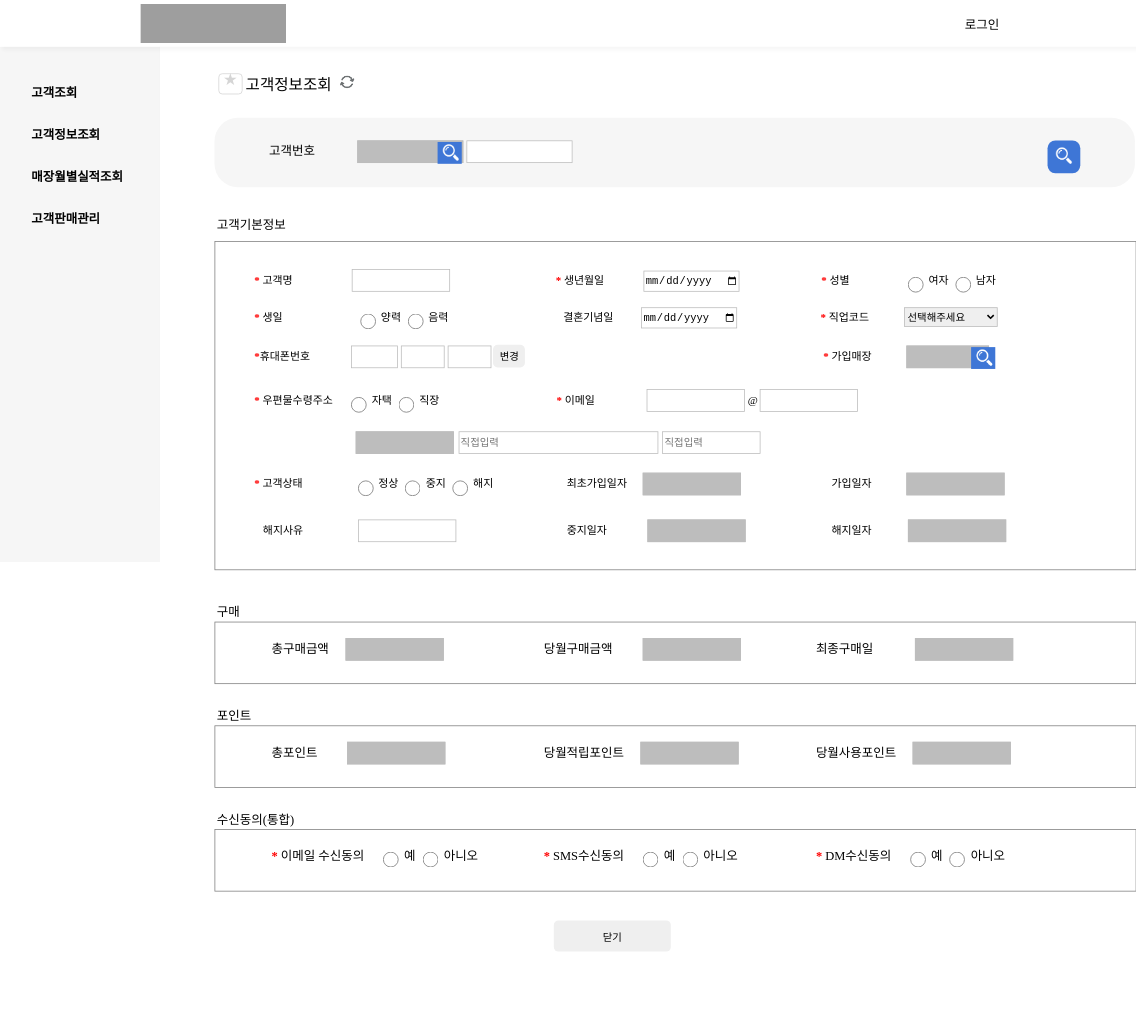
Repository: HyunyoungA/managementSystem
Page: http://localhost/DowellCommunity/WEB-INF/views/member/custInfo.jsp
The author's editor kept a copy of each file at every save. The page is drawn from the files as they stood at one save, then again after the next save.
The browser window is 1280 px wide. The page is 1457 px wide, so the pictures cover 1457 px, including what lies to the right of the window. The pictures show the whole page, at 78% of full size.
Pictures or frames that could not be fetched are drawn as grey boxes. The page is served by Tomcat 9. Nobody is signed in. Other server files are loaded and not shown. The template is opened directly, without the code that normally fills it, so the values that code supplies are empty.

Above is the page before, as saved 2022-10-27 06:51:30.

### DowellCommunity/src/main/webapp/resources/CSS/custInfo.css
@charset "UTF-8";

/* body여백 없애기 */
body{
	margin: 0;
	padding: 0;
}
.star{
	display: table-cell;
	vertical-align: middle;
	font-size: 21px;
	color: #D5D5D5;
	padding: 5px;
}
.starBox{
	border-radius: 5px;
	border: 1px solid;
	margin-left: 5px;
	width: 20px;
	height: 20px;
	display: inline;
	font-size: 23px;
	color: #D5D5D5;
}
.Title{
	font-size: 20px;
}
.Refresh{
	filter: opacity(0.5) drop-shadow(0 0 0 #B8C6CC);
	width: 20px;
	height: 20px;
}
.Wrap {
    margin-left: 190px;
    position: relative;
    padding: 85px 85px 35px 85px;
}
/* 상단검색박스 */
.SearchBox {
    border-radius: 30px;
    padding: 6px 40px 0;
    width: 1100px;
    margin: auto;
    height: 83px;
    background-color: #F6F6F6;
    margin-top: 30px;
}
#Search_but_sale{
	margin-left: 869px;
    margin-top: 1.5px;
    position: absolute;
    left: 376px;
    background-color: #3E76D6;
    border-style: none;
    width: 31px;
    height: 28px;
}
#Search_but_sale:hover{
	cursor: pointer;
}
#Search_but_cust {
	margin-left: -37px;
    position: absolute;
    background-color: #3E76D6;
    border-style: none;
    width: 31px;
    height: 28px;
    margin-top: 2px;
}
#Search_but_cust:hover{
	cursor: pointer;
}
.Text_space{
	margin-right: 50px;
}
.essential{
	color: red;
	font-weight: 700;
}
.Text_box{
	height: 25px;
	width: 130px;
	border: 1px solid #BDBDBD;
	background-color: white;
}
#saleMonth-list{
	height: 28px;
    width: 136px;
}
.Text_date{
	height: 25px;
	width: 90px;
	border: 1px solid #BDBDBD;
	background-color: white;
}
#wrap_s{
	margin-left: 122px;
}
/* 검색버튼 */
#Search_but{
	width: 42px;
	height: 42px;
	float: right;
	background-color: #3E76D6;
	border: none;
	border-radius: 10px;
	cursor: pointer;
}
#Search_but:hover{
	cursor: pointer;
}
.total_search{
	filter: brightness(0) invert(1);
	width: 30px;
	height: 21px;
	margin: 2px -4px;
}
.wrap_mg{
    padding: 23px 30px 20px 30px;
}
.radio_check{
	vertical-align: text-top;
	width: 20px;
	height: 20px;
}
.Text_space_s{
	margin-right: 10px;
}
/* 신규버튼 */
.new_registration{
    width: 100px;
    height: 30px;
    float: right;
    margin-right: 78px;
    margin-bottom: 20px;
    border-style: none;
    border-radius: 5px;
}
.new_registration:hover{
	cursor: pointer;
	background-color: #E61200;
	color: white;
}
#date{
	width: 90px;
}
/* 고객기본정보표 */
#sale-table {
	font-size: 14px;
	margin-bottom: 40px;
	margin-top: 10px;
    padding-top: 25px;
    display: block;
    border: 1px solid gray;
    width: 1180px;
    margin-left: 275px;
    height: 395px;
}
/* 구매표 */
#buy-table {
    margin-bottom: 27px;
    margin-top: 2px;
    display: block;
    border: 1px solid gray;
    width: 1180px;
    margin-left: 275px;
    height: 78px;
}
thead {
	display:block;
    width:100%;
}

table thead tr {
	display:table;
    table-layout:fixed;
    width:100%;
}

tbody {
	width: 100%;
	display: block;
    height: 18rem;
}

tbody tr {
    width: 100%;
	display: table;
    table-layout: fixed;
}

tbody th{
	background-color: gray;
}
table thead th{
    background-color: #E61200;
    color: white;
}
th, td {
	border: 1px solid #444444;
	background-color: white;

}
.CustNum{
	width: 120px;
}
.CustNum-td{
	width: 120px;
	background-color: white;
}
.CustDetail{
	width: 120px;
}
.CustDetail-td{
	width: 120px;
	background-color: white;
}
.dateDay{
    text-align: center;
	width: 80px;
}
.joinDate{
	text-align: center;
    width: 130px;
}
.SaleInfo{
	width: 110px;
}
.Cust{
	width: 140px;
}
.dateSum{
	position: sticky;
    width: 180px;
    min-width: 180px;
    max-width: 180px;
    right: 0;
}
#saleSum{
	background-color: white;
}
#SumFix{
	text-align: center;
	position: sticky;
	left: 166px;
	background-color: white;
}
.main {
	padding-top:34px;
}
.box {
	width: 600px;
	height: 150px;
	overflow-y: scroll;
}
tr.title {
	margin: -33px 0px 0px -1px;
	width: 600px;
	display: table;
	position: absolute;
	background-color: #5dcafc;
}
th, td {
	padding: 6px;
}

table{
	font-size: 15px;
}
tbody {
	font-size: 13px;
}
#saleCode{
	background-color: #BDBDBD;
}
#reload{
	background-color: white;
	border: none;
}
/* 매장조회 팝업창 */
#light_shop{
	text-align: center;
	margin: 0 auto;
	font-size: 14px;
}
.CustCheck_Wrap_shop{
	height: 65px;
    background: #F6F6F6;
    padding: 15px;
}
.white_content_shop{
	display: none;
    position: absolute;
    top: 45%;
    left: 22%;
    width: 750px;
    height: 472px;
    padding: 16px;
    border: 1px solid #BDBDBD;
    background-color: white;
    z-index: 1002;
    overflow: auto;
    border-radius: 1.5rem;
}
.Cust_popup_table{
    border: 1px solid gray;
	height: 250px;
    border-collapse: collapse;
    width: 100%;
    display: block;
    height: 16rem;
}
.Cust_popup_table thead {
    table-layout: fixed;
/*     display: block; */
    width: 100%;
    height: 32px;
}
#searchPopup{
    overflow: auto;
}
#searchPopup {
	width: 100%;
	display: block;
    height: 14rem;
}
.Check_Box{
    width: 60px;
    position: sticky;
    top: 0px;
/*     background-color: #E61200 !important; */
    color: white;
}
.black_overlay{
	display: none;
    position: absolute;
    top: 0%;
    left: -15%;
    width: 115%;
    height: 224%;
    background-color: rgba(0, 0, 0, 0.4);
    z-index: 1001;
    -moz-opacity: 0.8;
    opacity: .80;
    filter: alpha(opacity=80);
}
.popupBut{
    border-style: none;
    border-radius: 6px;
    margin: 10px;
    width: 150px;
    height: 40px;
}
.CustCheck_Info {
    width: 190px;
    height: 34px;
    border: 1px solid #A6A6A6;
}
th, td {
	border: 1px solid #444444;
	background-color: white;

}
#dataSumTitle{
	text-align: center;
}
#title{
	margin-left: 278px;
	font-size: 16px;
}
.inputBox{
    border: 1px solid #BDBDBD;
    width: 120px;
    height: 25px;
	margin-left: 2px;
}
.loginInputBox{
	border: 1px solid #BDBDBD;
    width: 100px;
    height: 25px;
}
.phoneinputBox{
	margin: 2px;
    border: 1px solid #BDBDBD;
    width: 50px;
    height: 25px;
}
.custNameWrap{
    width: 273px;
    display: inline-block;
	margin: 10px 50px 10px 50px;
}
.custCauseWrap{
    width: 273px;
    display: inline-block;
    margin: 10px 61px;
}
.custDateWrap{
    width: 273px;
    display: inline-block;
	margin: 10px 50px 10px 60px;
}
.custNameWrapR{
    padding-left: 14px;
	width: 253px;
    display: inline-block;
}
.custShopWrap{
    width: 350px;
    display: inline-block;
    margin-bottom: 20px;
}
.textWrap{
	margin-right: 15px;
}
.custPhoneWrap{
	height: 50px;
    width: 428px;
    display: -webkit-inline-box;
    margin: 10px 50px 0px 50px;
}
.custAddressWrap{
	width: 553px;
    margin: 14px 203px 0px 178px;
    height: 27px;
}
.custEmailWrap {
    width: 405px;
    display: inline-block;
    margin: 0 25px;
}
.custAddressTextWrap {
    width: 309px;
    display: inline-block;
    margin: 10px 50px;
}
.custStateWrap {
    width: 363px;
    display: inline-block;
    margin: 10px 24px 10px 50px;
}
.firstJoinWrap {
	width: 293px;
    display: inline-block;
    margin: 10px 10px;
}
.joinWrap{
    width: 244px;
    display: inline-block;
	margin: 10px 12px 0px 33px;
}
.stopWrap{
    width: 244px;
    display: inline-block;
	margin: 20px 0px 0 52px;
}
.exWrap{
    width: 244px;
    display: inline-block;
    margin: 10px 60px 0 92px;
}
#custScalY{
    margin-left: 81px;
}
.custScalWrap{
    width: 290px;
    display: inline-block;
    margin: 10px 42px 0 50px;
}
#custStateY{
    margin-left: 52px;
}
#custSexId{
    margin-left: 56px;
}
#custNameId{
	background-color: #BDBDBD;
	text-align: right;
}
#custNameId2{
 	margin-left: 57px;
}
#custEmailId{
    margin-left: 48px;
}
#custDateBox{
	margin-left: 32px;
}
#custMarryBox{
    margin-left: 17px;
}
#jobCode{
	margin-left: 26px;
}
#custJoinBox{
	margin-left: 26px;
}
#causeBox{
    margin-left: 52px;
}
#stopBox{
    margin-left: 33px;
}
#cancelBox{
    margin-left: 28px;
}
.buyWrap{
    width: 325px;
    display: inline-block;
    margin: 20px 10px;
}
#close{
	margin-left: 710px;
	margin-bottom: 100px;
}
.popupBut:hover {
	background-color: black;
	color: white;
	cursor: pointer;
}
#phoneBut {
	border-style: none;
	border-radius: 6px;
	width: 41px;
	height: 29px;
}
#phoneBut:hover {
	background-color: black;
	color: white;
	cursor: pointer;
}
#custInput{
	background-color: #BDBDBD;
}
#buyId{
	margin-left: 20px;
	background-color: #BDBDBD;
	text-align: right;
}
#buyDate{
	margin-left: 34px;
	background-color: #BDBDBD;
}
#TotalePnt{
	margin-left: 72px;
}
#TotalePnt1{
	margin-left: 19px;
	background-color: #BDBDBD;
	text-align: right;
}
#MonPnt{
	background-color: #BDBDBD;
	text-align: right;
}
#MonUsPnt{
	background-color: #BDBDBD;
	text-align: right;
}

Loaded but not shown: DowellCommunity/src/main/webapp/resources/js/saleScript.js (76 lines, source omitted); DowellCommunity/src/main/webapp/resources/js/custScript.js (78 lines, source omitted); DowellCommunity/src/main/webapp/WEB-INF/views/common/navbar.jsp (115 lines, source omitted); DowellCommunity/src/main/webapp/WEB-INF/views/common/sidebar.jsp (43 lines, source omitted); DowellCommunity/src/main/webapp/WEB-INF/views/member/custInfo.jsp (1304 lines, source omitted)

After the next save:
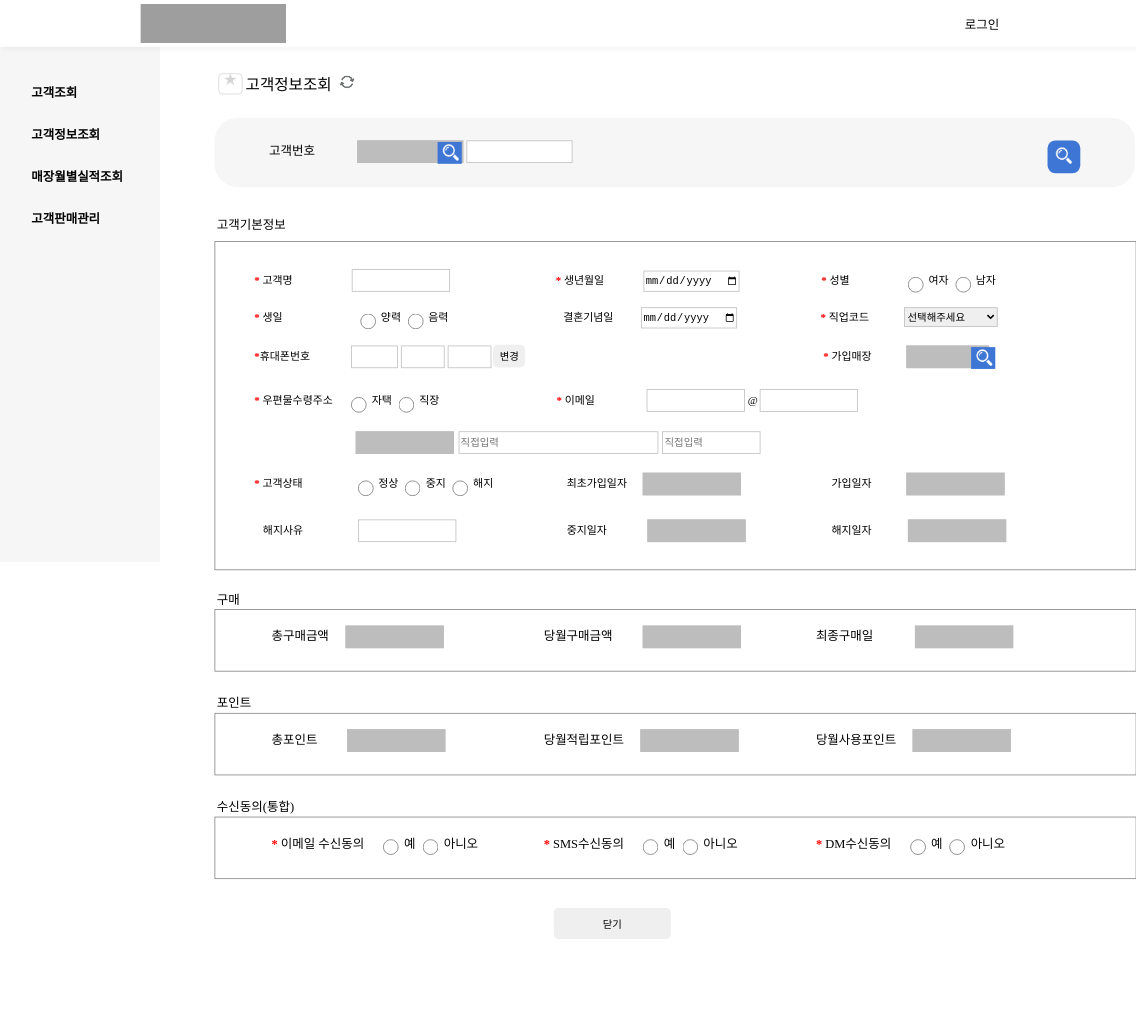
Saved 2 min 2 s later.
--- a/DowellCommunity/src/main/webapp/resources/CSS/custInfo.css
+++ b/DowellCommunity/src/main/webapp/resources/CSS/custInfo.css
@@ -147,7 +147,7 @@ body{
 /* 고객기본정보표 */
 #sale-table {
 	font-size: 14px;
-	margin-bottom: 40px;
+	margin-bottom: 24px;
 	margin-top: 10px;
     padding-top: 25px;
     display: block;
